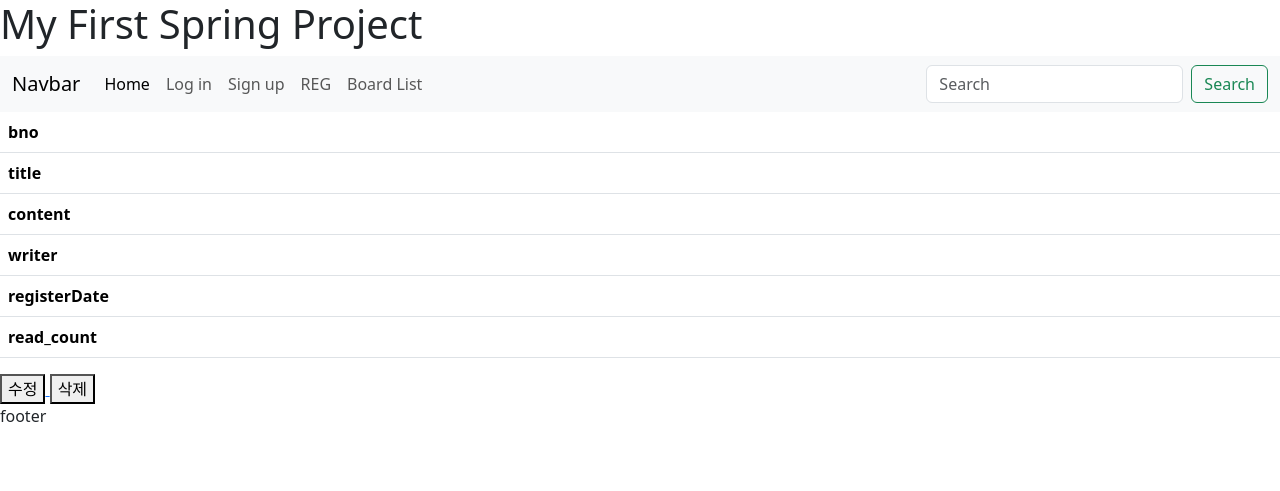
Repository: dfhdfhdfsza/springtest
Page: http://localhost/spring-Test/WEB-INF/views/board/detail.jsp
The author's editor kept a copy of each file at every save. The page is drawn from the files as they stood at one save, then again after the next save.
The browser window is 1280 px wide. The pictures show the whole page.
The page is served by Tomcat 9. Nobody is signed in. The template is opened directly, without the code that normally fills it, so the values that code supplies are empty.

Above is the page before, as saved 2023-10-10 11:37:21.

After the next save:
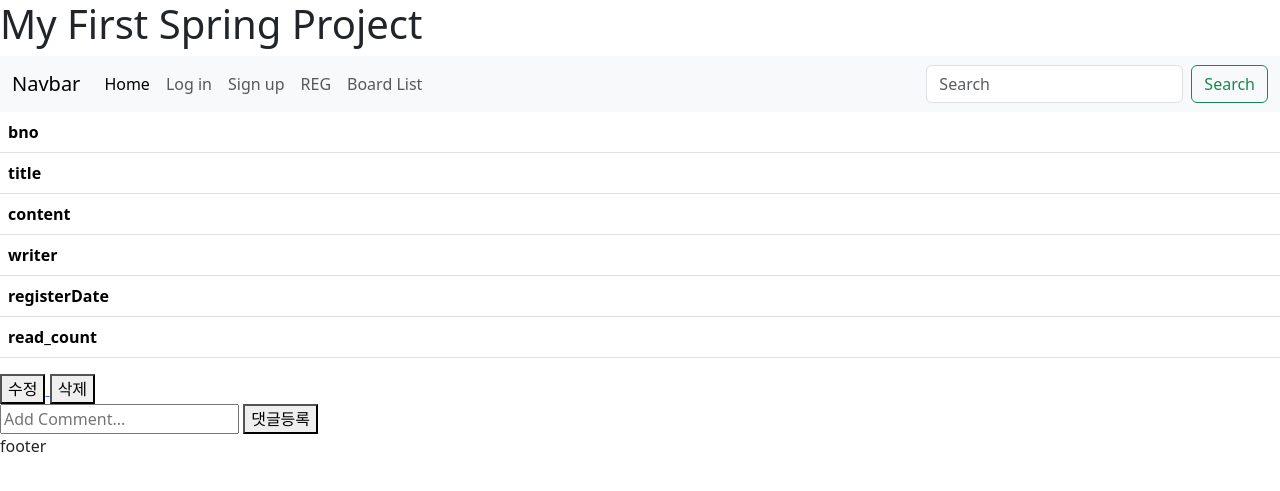
Saved 50 s later.
--- a/spring-Test/src/main/webapp/WEB-INF/views/board/detail.jsp
+++ b/spring-Test/src/main/webapp/WEB-INF/views/board/detail.jsp
@@ -46,6 +46,8 @@
 		<!-- 댓글작성 라인 -->
 		<div>
 			<span id="cmtWriter">${loginmvo.id}</span>
+			<input type="text" id="cmtText" placeholder="Add Comment...">
+			<button type="button" id="cmtPostBtn">댓글등록</button>
 		</div>
 		<!-- 댓글 표시 라인 -->
 		<div>
